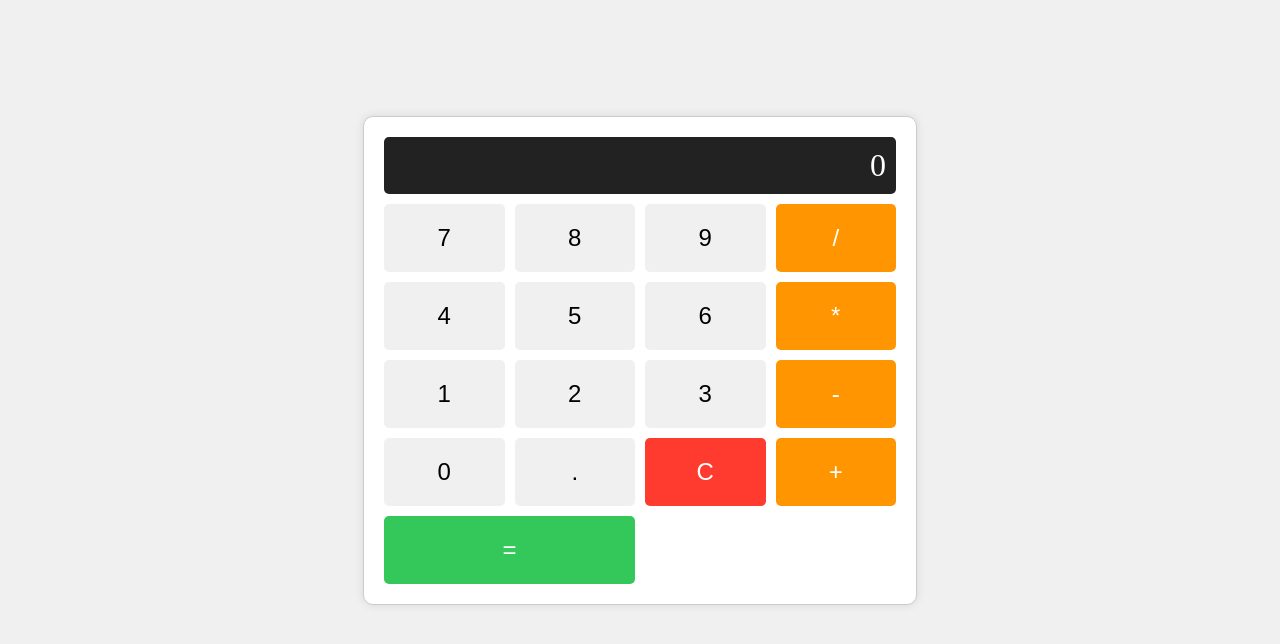
Repository: alizey12/calculator
Page: index.html
An editor plug-in stored every save of this project. The page is shown before and after a run of saves, followed by the edit.
The browser window is 1280 px wide. The pictures show the whole page.

Above is the page before, as saved 2024-11-23 18:29:37.

### index.html
<!DOCTYPE html>
<html lang="en">
<head>
    <meta charset="UTF-8">
    <meta name="viewport" content="width=device-width, initial-scale=1.0">
    <title>Document</title>
    <link rel="stylesheet" href="styles.css">
</head>
<body>


        <div class="calculator">
            <div class="display" id="display">0</div>
            <div class="buttons">
                <button class="btn">7</button>
                <button class="btn">8</button>
                <button class="btn">9</button>
                <button class="btn operator">/</button>
                <button class="btn">4</button>
                <button class="btn">5</button>
                <button class="btn">6</button>
                <button class="btn operator">*</button>
                <button class="btn">1</button>
                <button class="btn">2</button>
                <button class="btn">3</button>
                <button class="btn operator">-</button>
                <button class="btn">0</button>
                <button class="btn">.</button>
                <button class="btn" id="clear">C</button>
                <button class="btn operator">+</button>
                <button class="btn operator" id="equals">=</button>
            </div>
        </div>


    <script src="script.js"></script>
</body>
</html>

### styles.css
body {
    display: flex;
    justify-content: center;
    align-items: center;
    height: 100vh;
    background-color: #f0f0f0;
    margin: 0;
}

.calculator {
    border: 1px solid #ccc;
    border-radius: 10px;
    width: 40%;
    padding: 20px;
    background-color: #fff;
    box-shadow: 0 0 10px rgba(0, 0, 0, 0.1);
}

.display {
    font-size: 2em;
    margin-bottom: 10px;
    padding: 10px;
    background-color: #222;
    color: #fff;
    text-align: right;
    border-radius: 5px;
}

.buttons {
    display: grid;
    grid-template-columns: repeat(4, 1fr);
    gap: 10px;
}

.btn {
    padding: 20px;
    font-size: 1.5em;
    border: none;
    border-radius: 5px;
    background-color: #f0f0f0;
    cursor: pointer;
}

.btn.operator {
    background-color: #ff9500;
    color: #fff;
}

.btn#clear {
    background-color: #ff3b30;
    color: #fff;
}

.btn#equals {
    grid-column: span 2;
    background-color: #34c759;
    color: #fff;
}

Loaded but not shown: script.js (no copy from this time; the picture is the same without it)

After the next 3 saves:
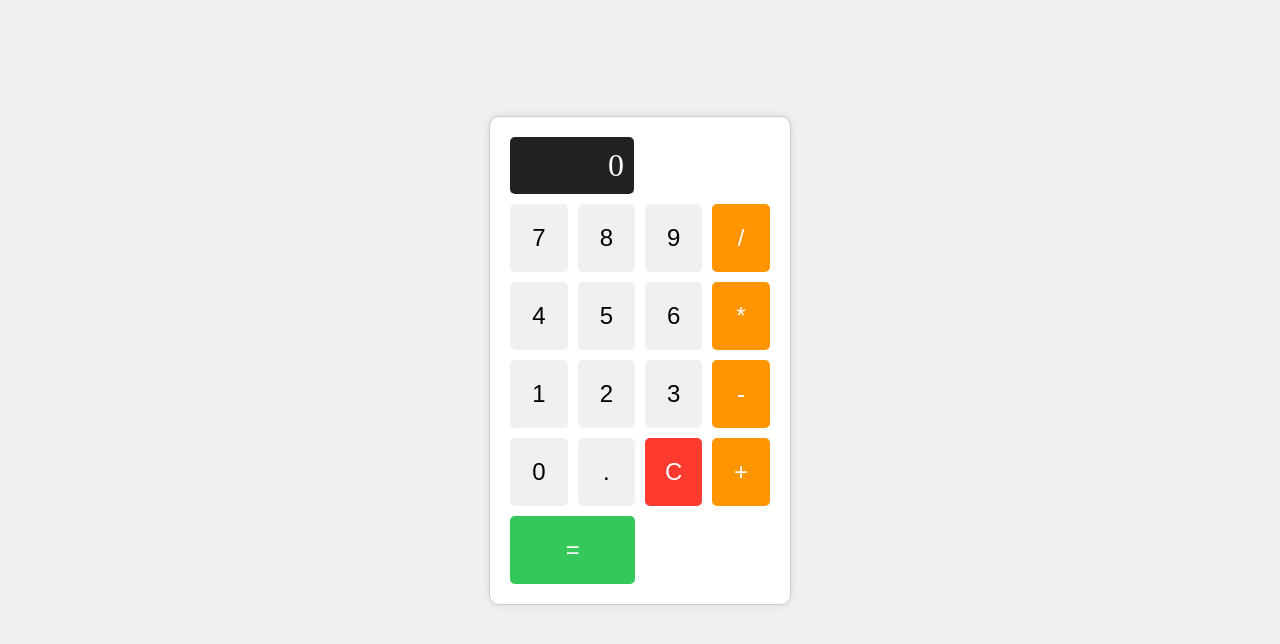
The 3 saves are shown as one change because they came seconds apart.
The last was saved 29 s later.
--- a/styles.css
+++ b/styles.css
@@ -10,7 +10,7 @@ body {
 .calculator {
     border: 1px solid #ccc;
     border-radius: 10px;
-    width: 40%;
+
     padding: 20px;
     background-color: #fff;
     box-shadow: 0 0 10px rgba(0, 0, 0, 0.1);
@@ -20,6 +20,7 @@ body {
     font-size: 2em;
     margin-bottom: 10px;
     padding: 10px;
+    width: 40%;
     background-color: #222;
     color: #fff;
     text-align: right;
